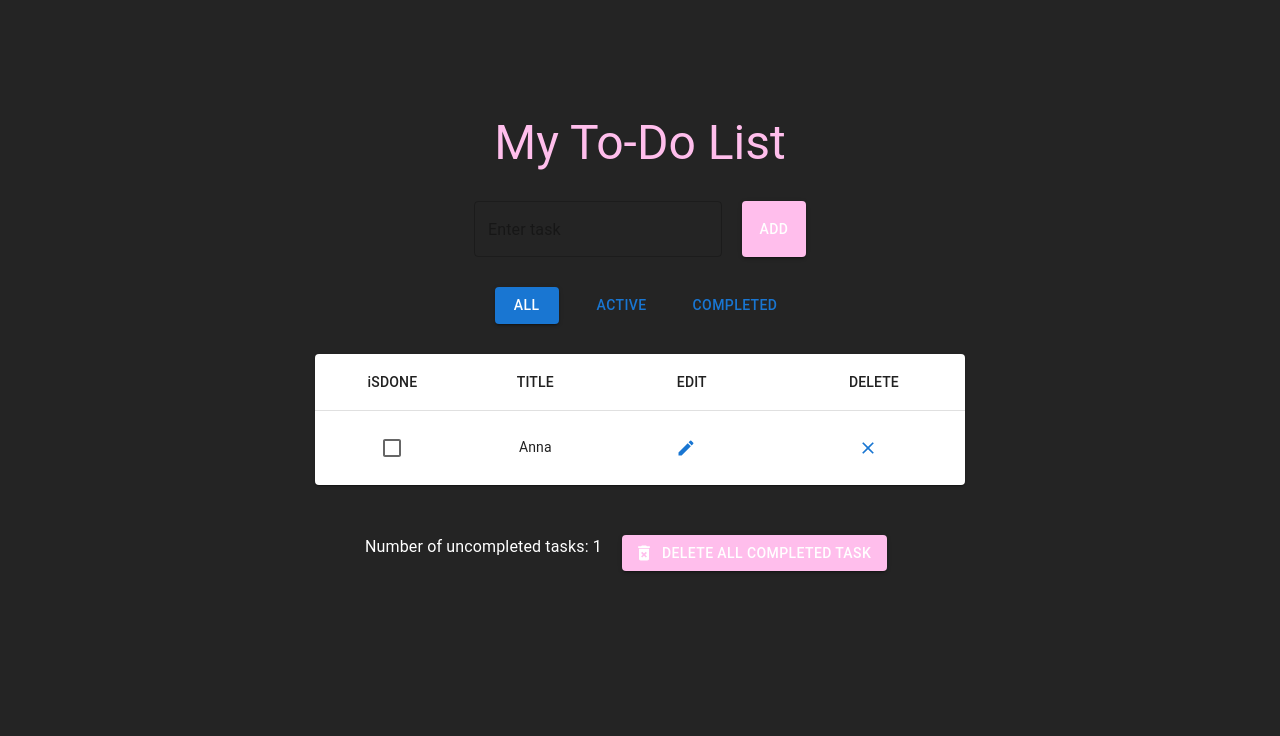
Repository: savannaaaas/ToDo_List
Page: /
An editor plug-in stored every save of this project. The page is shown before and after a run of saves, followed by the edit.
The browser window is 1280 px wide. The pictures show the whole page.
The project was rebuilt for these pictures with package versions that can differ from the ones it lists, and the page was loaded fresh each time. Also part of the build but not shown: vite.config.js.

Above is the page before, as saved 2025-08-10 20:05:51.

### src/main.jsx
import { StrictMode } from "react";
import { createRoot } from "react-dom/client";
import { TaskProvider } from "./provider/TaskProvider.jsx";
import App from "./App.jsx";
import "./index.css";

createRoot(document.getElementById("root")).render(
  <StrictMode>
    <TaskProvider>
      <App />
    </TaskProvider>
  </StrictMode>
);

### src/provider/TaskProvider.jsx
import { TaskContext } from "../context/TaskContext";
import { useState, useEffect } from "react";
export const TaskProvider = ({ children }) => {
  const [tasks, setTasks] = useState(() => {
    const saved = localStorage.getItem("tasks");
    return saved
      ? JSON.parse(saved)
      : [{ id: 1, title: "Anna", isDone: false }];
  });
  useEffect(() => {
    localStorage.setItem("tasks", JSON.stringify(tasks));
  }, [tasks]);
  return (
    <TaskContext.Provider value={{ tasks, setTasks }}>
      {children}
    </TaskContext.Provider>
  );
};

### src/App.jsx
import { Header } from "./components/Header";
import { AddTask } from "./components/AddTask";
import { ShowTasks } from "./components/ShowTasks";
import { FilterTask } from "./components/FiterTasks";
import "./index.css";

function App() {
  return (
    <div className="toDo-list">
      <Header />
      <AddTask />
      <FilterTask />
      <ShowTasks />
    </div>
  );
}

export default App;

### src/index.css
:root {
  font-family: system-ui, Avenir, Helvetica, Arial, sans-serif;
  line-height: 1.5;
  font-weight: 400;
  background-color: #242424;
}


.toDo-list{
  display: flex;
  flex-direction: column;
  justify-content: center;
  align-items: center;
  min-height: 100vh;
  width: 100%;
  margin: 0 auto;
  box-sizing: border-box;
  gap: 30px;
}
.form{
  display: flex;
  flex-direction: row;
  gap: 20px;
}

### src/context/TaskContext.jsx
import { createContext } from "react";
export const TaskContext = createContext();

### src/components/Header.jsx
import { Typography } from "@mui/material";
export const Header = () => {
  return (
    <Typography variant="h3" sx={{ color: "#ffbeec" }}>
      My To-Do List
    </Typography>
  );
};

### src/components/AddTask.jsx
import { Controller } from "react-hook-form";
import { useForm } from "react-hook-form";
import { schema } from "../schema/shema";
import { yupResolver } from "@hookform/resolvers/yup";
import { Button, TextField } from "@mui/material";
import { useContext, useEffect } from "react";
import { TaskContext } from "../context/TaskContext";

export const AddTask = () => {
  const { tasks, setTasks } = useContext(TaskContext);
  const {
    control,
    handleSubmit,
    formState: { errors },
    reset,
  } = useForm({
    defaultValues: {
      title: "",
    },
    resolver: yupResolver(schema),
    mode: "onTouched",
  });
  const handleInputSubmit = (data) => {
    console.log(data);
    const task = {
      id: crypto.randomUUID(),
      title: data.title,
      isDone: data.isDone,
    };
    const updateTask = [...tasks, task];
    setTasks(updateTask);
    localStorage.setItem("tasks", JSON.stringify(updateTask));
    reset();
  };
  return (
    <form onSubmit={handleSubmit(handleInputSubmit)} className="form">
      <Controller
        name="title"
        control={control}
        defaultValue=""
        render={({ field }) => {
          return (
            <TextField
              {...field}
              placeholder="Enter task"
              helperText={errors.title?.message}
              error={!!errors.title}
              sx={{ color: "#ffbeec" }}
              color="secondary"
            />
          );
        }}
      />
      <Button
        variant="contained"
        sx={{ backgroundColor: "#ffbeec" }}
        type="submit"
      >
        Add
      </Button>
    </form>
  );
};

### src/components/ShowTasks.jsx
import { useContext, useState } from "react";
import { TaskContext } from "../context/TaskContext";
import { Task } from "./Task";
import Table from "@mui/material/Table";
import TableBody from "@mui/material/TableBody";
import TableCell from "@mui/material/TableCell";
import TableContainer from "@mui/material/TableContainer";
import TableHead from "@mui/material/TableHead";
import TableRow from "@mui/material/TableRow";
import Paper from "@mui/material/Paper";
import { Button, Checkbox, Typography } from "@mui/material";
import DeleteForeverIcon from "@mui/icons-material/DeleteForever";

export const ShowTasks = () => {
  const { tasks, setTasks } = useContext(TaskContext);
  const handleDeleteAllTask = () => {
    setTasks((prevTask) => prevTask.filter((task) => !task.isDone));
  };
  const uncompletedTask = tasks.filter((task) => !task.isDone).length;
  return (
    <div>
      {" "}
      <TableContainer component={Paper}>
        <Table sx={{ minWidth: 650 }} aria-label="simple table">
          <TableHead>
            <TableRow>
              <TableCell align="center">iSDONE</TableCell>
              <TableCell align="center">TITLE</TableCell>
              <TableCell align="center">EDIT</TableCell>
              <TableCell align="center">DELETE</TableCell>
            </TableRow>
          </TableHead>
          <TableBody>
            {tasks.map((task) => {
              return <Task task={task} key={task.id} />;
            })}
          </TableBody>
        </Table>
      </TableContainer>
      <div
        style={{
          display: "flex",
          flexDirection: "row",
          gap: "20px",
          margin: "50px",
        }}
      >
        <Typography sx={{ color: "white" }}>
          Number of uncompleted tasks: {uncompletedTask}
        </Typography>
        <Button
          variant="contained"
          startIcon={<DeleteForeverIcon />}
          sx={{ backgroundColor: "#ffbeec" }}
          onClick={handleDeleteAllTask}
        >
          Delete All completed task
        </Button>
      </div>
    </div>
  );
};

### src/components/FiterTasks.jsx
import { Button } from "@mui/material";

export const FilterTask = () => {
  return (
    <div style={{ display: "flex", flexDirection: "row", gap: "30px" }}>
      <Button variant="contained">All</Button>
      <Button>Active</Button>
      <Button>Completed</Button>
    </div>
  );
};

### src/schema/shema.js
import * as yup from "yup";
export const schema = yup.object().shape({
  title: yup
    .string()
    .trim()
    .min(1, "The task must be more than 1 character long.")
    .required("This field is required")
    .test((value) => /^\S+$/.test(value)),
});

### src/components/Task.jsx
import { useState } from "react";
import { Checkbox } from "@mui/material";
import TableCell from "@mui/material/TableCell";
import TableRow from "@mui/material/TableRow";
import { useContext } from "react";
import { TaskContext } from "../context/TaskContext";
import ClearIcon from "@mui/icons-material/Clear";
import { Button, Input } from "@mui/material";
import ModeIcon from "@mui/icons-material/Mode";
import SaveAltIcon from "@mui/icons-material/SaveAlt";

export const Task = ({ task }) => {
  const { tasks, setTasks } = useContext(TaskContext);
  const [editTask, setEditTask] = useState(false);
  const [editTitleTask, setEditTitleTask] = useState(task.title);

  const handleChangeChecked = (id) => {
    setTasks((prevTask) =>
      prevTask.map((task) =>
        task.id === id ? { ...task, isDone: !task.isDone } : task
      )
    );
  };
  const handleDeleteTask = (id) => {
    setTasks((prevTask) => prevTask.filter((task) => task.id !== id));
  };
  const handleNewTitleTask = (id, newTitle) => {
    setTasks((prevTask) =>
      prevTask.map((task) =>
        task.id === id ? { ...task, title: newTitle } : task
      )
    );
  };

  const handleEditTask = (id) => {
    if (task.id === id) {
      setEditTask(!editTask);
    }
    if (editTask) {
      handleNewTitleTask(task.id, editTitleTask);
    }
  };

  return (
    <TableRow
      key={task.id}
      sx={{ "&:last-child td, &:last-child th": { border: 0 } }}
    >
      <TableCell align="center">
        <Checkbox
          checked={task.isDone ?? false}
          onChange={() => handleChangeChecked(task.id)}
        />
      </TableCell>
      <TableCell
        align="center"
        sx={{ textDecoration: task.isDone ? "line-through" : "none" }}
      >
        {editTask ? (
          <Input
            value={editTitleTask}
            onChange={(e) => setEditTitleTask(e.target.value)}
            // onKeyDown={handleEditTitleTask}
          />
        ) : (
          task.title
        )}
      </TableCell>
      <TableCell align="center">
        <Button
          startIcon={editTask ? <SaveAltIcon /> : <ModeIcon />}
          onClick={() => handleEditTask(task.id)}
        />
      </TableCell>
      <TableCell align="center">
        <Button
          startIcon={<ClearIcon />}
          onClick={() => handleDeleteTask(task.id)}
        />
      </TableCell>
    </TableRow>
  );
};

Loaded but not shown: index.html (common file)

After the next 2 saves:
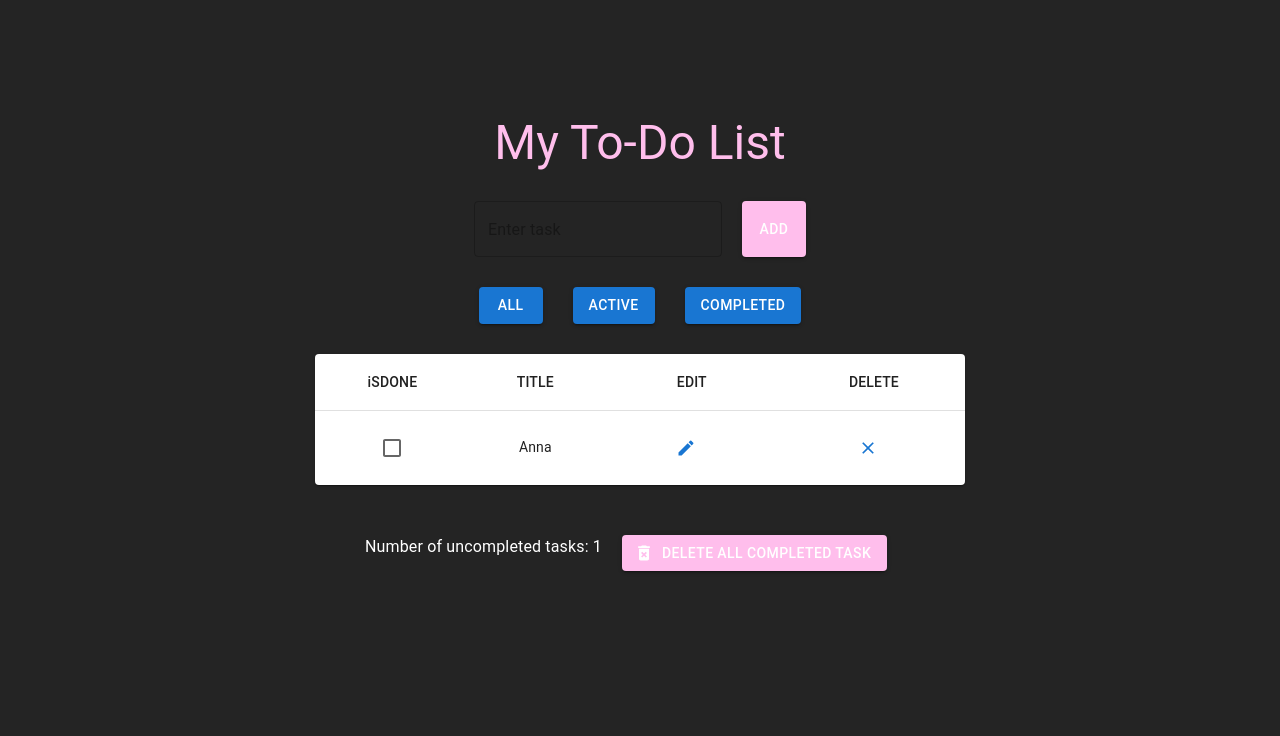
The 2 saves are shown as one change because they came seconds apart.
The last was saved 7 s later.
--- a/src/components/FiterTasks.jsx
+++ b/src/components/FiterTasks.jsx
@@ -4,8 +4,8 @@ export const FilterTask = () => {
   return (
     <div style={{ display: "flex", flexDirection: "row", gap: "30px" }}>
       <Button variant="contained">All</Button>
-      <Button>Active</Button>
-      <Button>Completed</Button>
+      <Button variant="contained">Active</Button>
+      <Button variant="contained">Completed</Button>
     </div>
   );
 };
